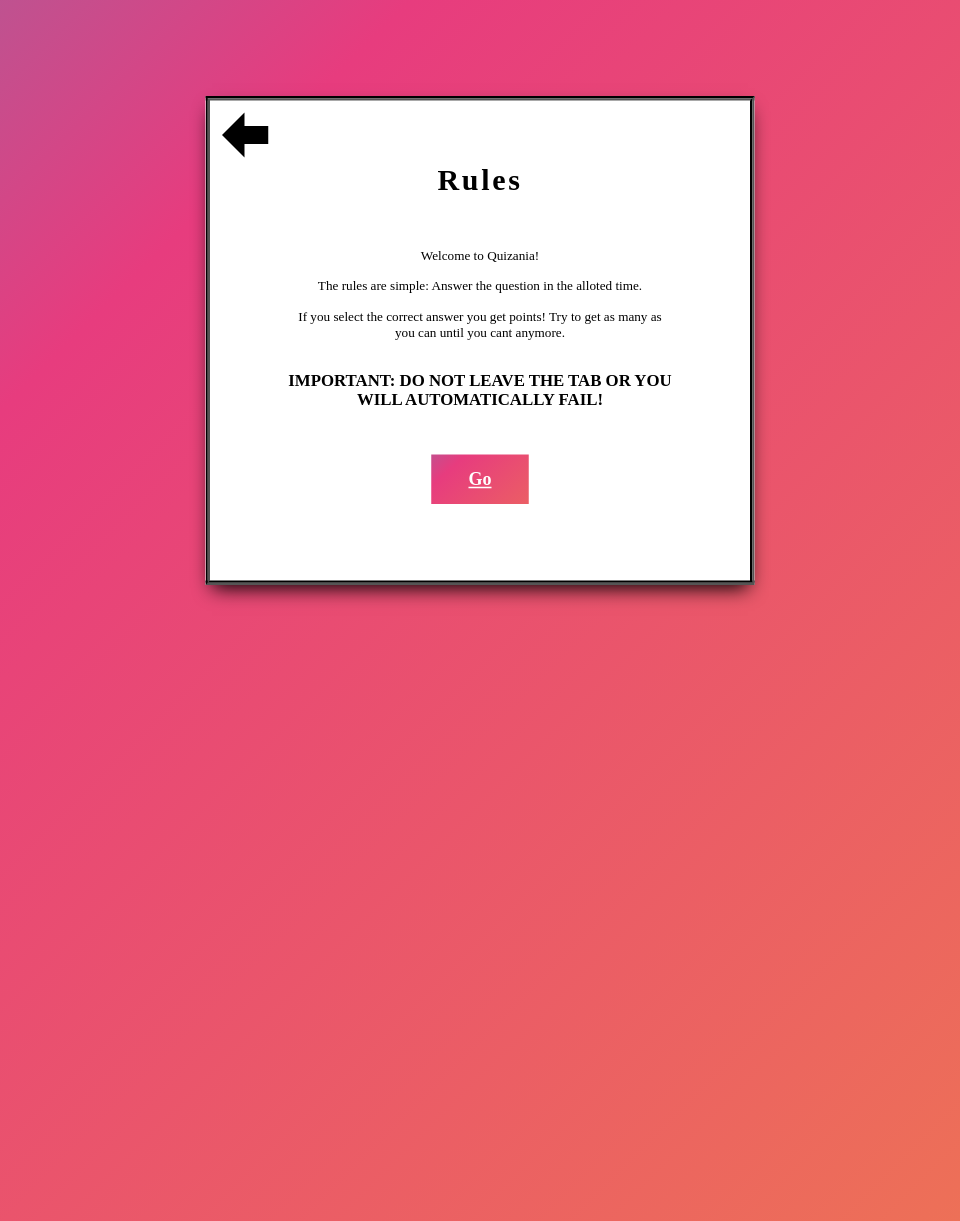
Repository: PatrickTheCodeGuy/QuizApp
Page: /newGame (app in quizapp/)
The author's editor kept a copy of each file at every save. The page is drawn from the files as they stood at one save, then again after the next save.
The browser window is 1280 px wide. The pictures show the whole page, at 75% of full size.
The project was rebuilt for these pictures with package versions that can differ from the ones it lists, and the page was loaded fresh each time. A package was used in the major version that the imports need, not the one package.json lists. Also part of the build but not shown: quizapp/src/App.css, quizapp/src/components/Leaderboard/Leaderboard.css, quizapp/src/components/Leaderboard/Leaderboard.js, quizapp/src/components/StartMenu/StartMenu.js, quizapp/src/App.js, quizapp/src/components/QuestionContainer/QuestionContainer.css, quizapp/src/components/QuestionContainer/QuestionComponent/QuestionComponent.css, quizapp/src/components/QuestionContainer/QuestionComponent/specialCharacters.js and 4 more.

Above is the page before, as saved 2021-07-15 16:21:53.

After the next save:
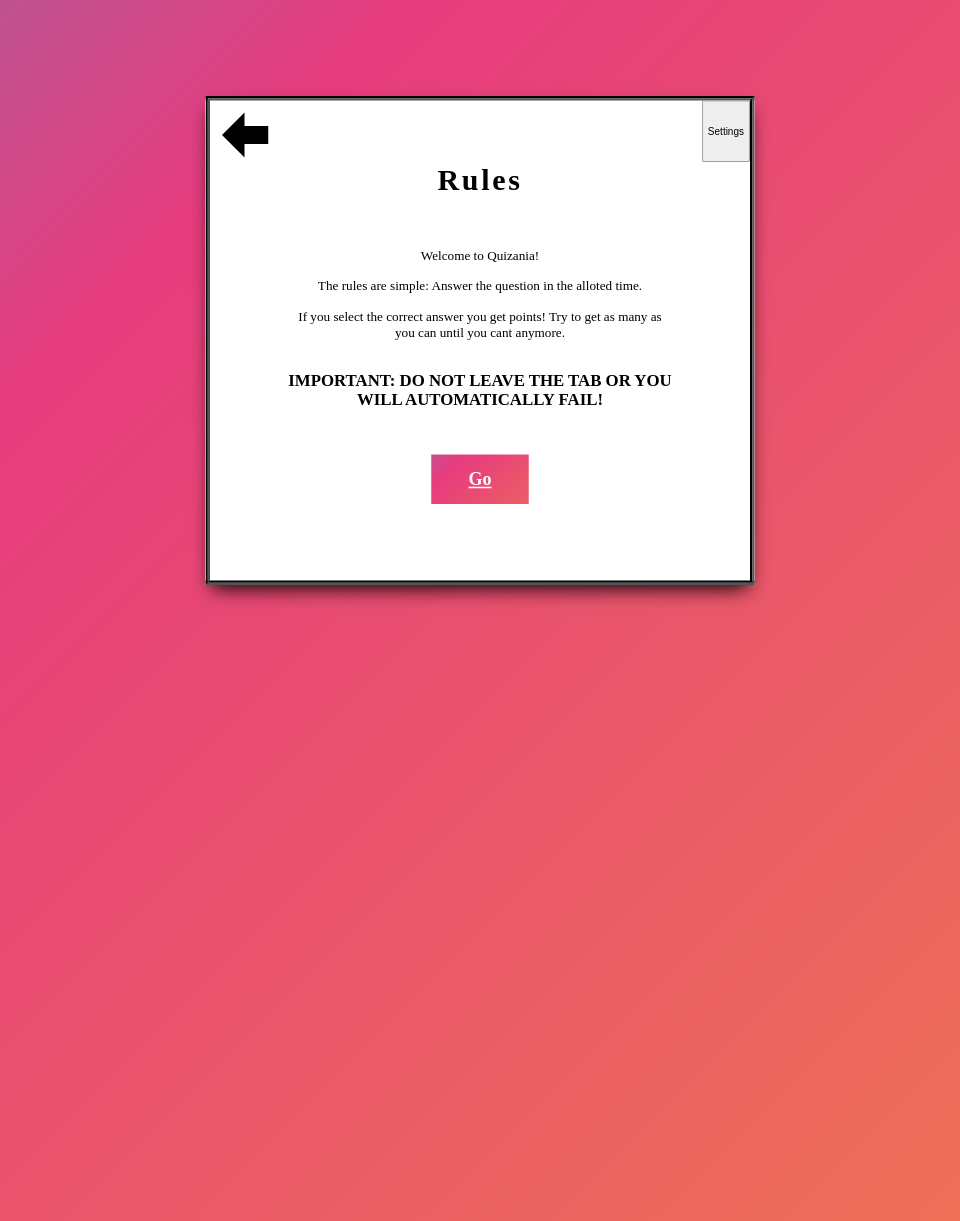
Saved 2 min 7 s later.
--- a/quizapp/src/components/GameInfo/GameInfo.js
+++ b/quizapp/src/components/GameInfo/GameInfo.js
@@ -10,14 +10,19 @@
 
   // Modal hook
   const [modalIsOpen, setModalIsOpen] = useState(false);
+
+  function openModal() {
+    setModalIsOpen(true);
+  }
+
   return (
     <div className="gameInfo-container">
       <div className="gameInfo-header">
         <Link className="back-button" to="/">
           <ImArrowLeft size={64} className="back-arrow" />
         </Link>
+        <button onClick={openModal}>Settings</button>
         <Modal
-          style={{ display: "block" }}
           onRequestClose={() => setModalIsOpen(false)}
           isOpen={modalIsOpen}
         >
